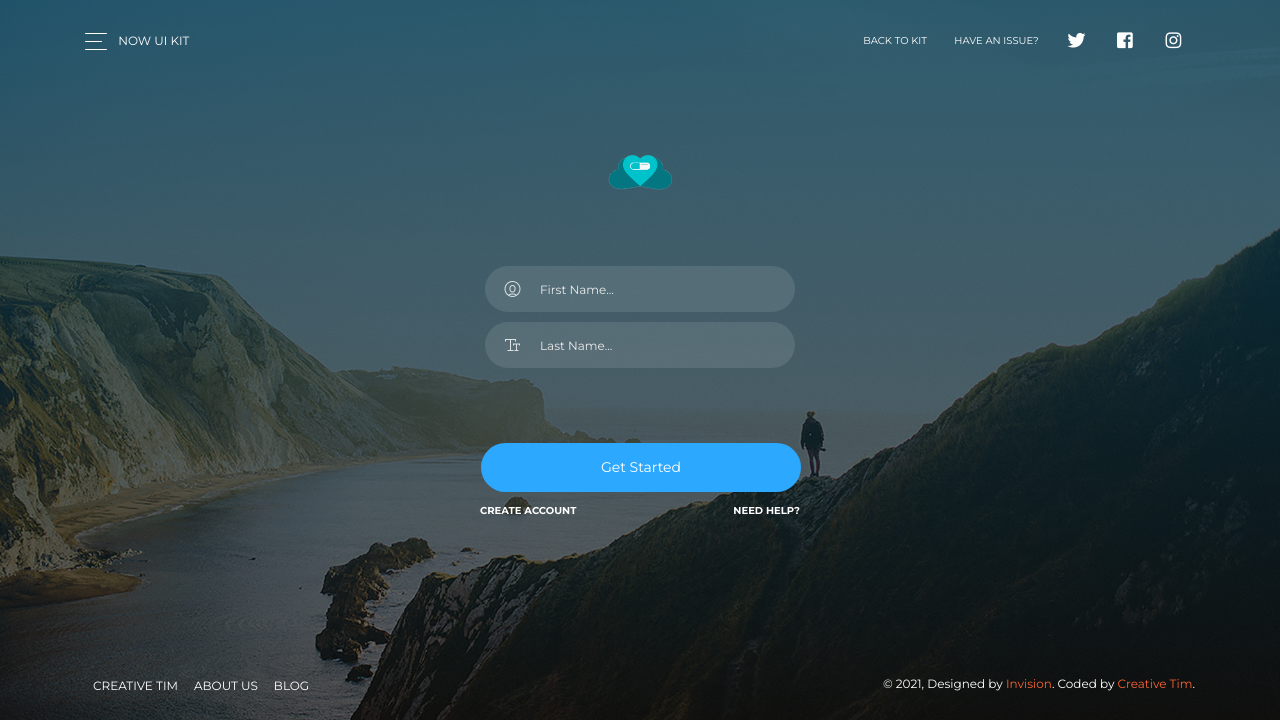
Repository: sdeschaepmeester/samanthawebsite
Page: /login-page
These files come from the project's save history. The page is drawn as it stood at one moment and after the next save; the edit follows.
The browser window is 1280 px wide. The pictures show the whole page.
The project was rebuilt for these pictures with package versions that can differ from the ones it lists, and the page was loaded fresh each time. Also part of the build but not shown: src/assets/demo/nucleo-icons-page-styles.css, src/components/Navbars/IndexNavbar.js, src/components/Headers/IndexHeader.js, src/components/Footers/DarkFooter.js, src/views/index-sections/Images.js, src/views/index-sections/Introduction.js, src/views/index-sections/BasicElements.js, src/views/index-sections/Navbars.js and 19 more.

Above is the page before, as saved 2021-05-31 19:09:01.

After the next save:
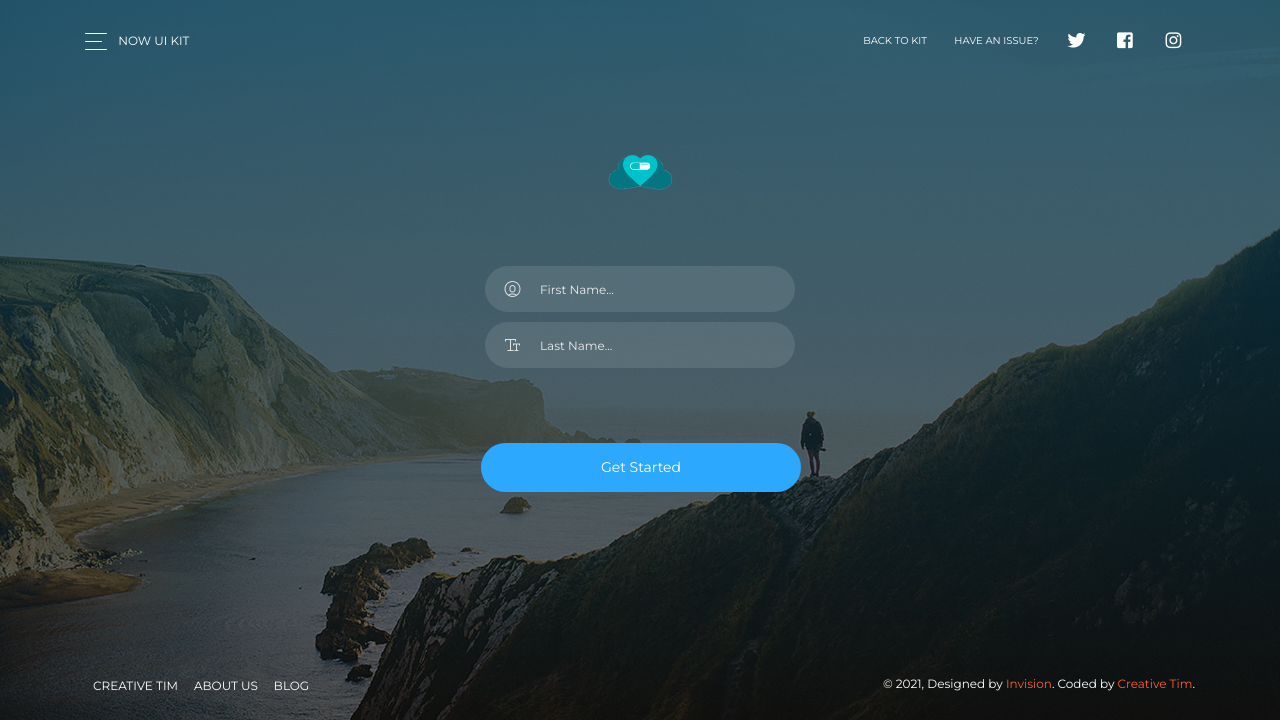
Saved 67 s later.
--- a/src/views/examples/LoginPage.js
+++ b/src/views/examples/LoginPage.js
@@ -107,28 +107,6 @@ function LoginPage() {
                     >
                       Get Started
                     </Button>
-                    <div className="pull-left">
-                      <h6>
-                        <a
-                          className="link"
-                          href="#pablo"
-                          onClick={(e) => e.preventDefault()}
-                        >
-                          Create Account
-                        </a>
-                      </h6>
-                    </div>
-                    <div className="pull-right">
-                      <h6>
-                        <a
-                          className="link"
-                          href="#pablo"
-                          onClick={(e) => e.preventDefault()}
-                        >
-                          Need Help?
-                        </a>
-                      </h6>
-                    </div>
                   </CardFooter>
                 </Form>
               </Card>
